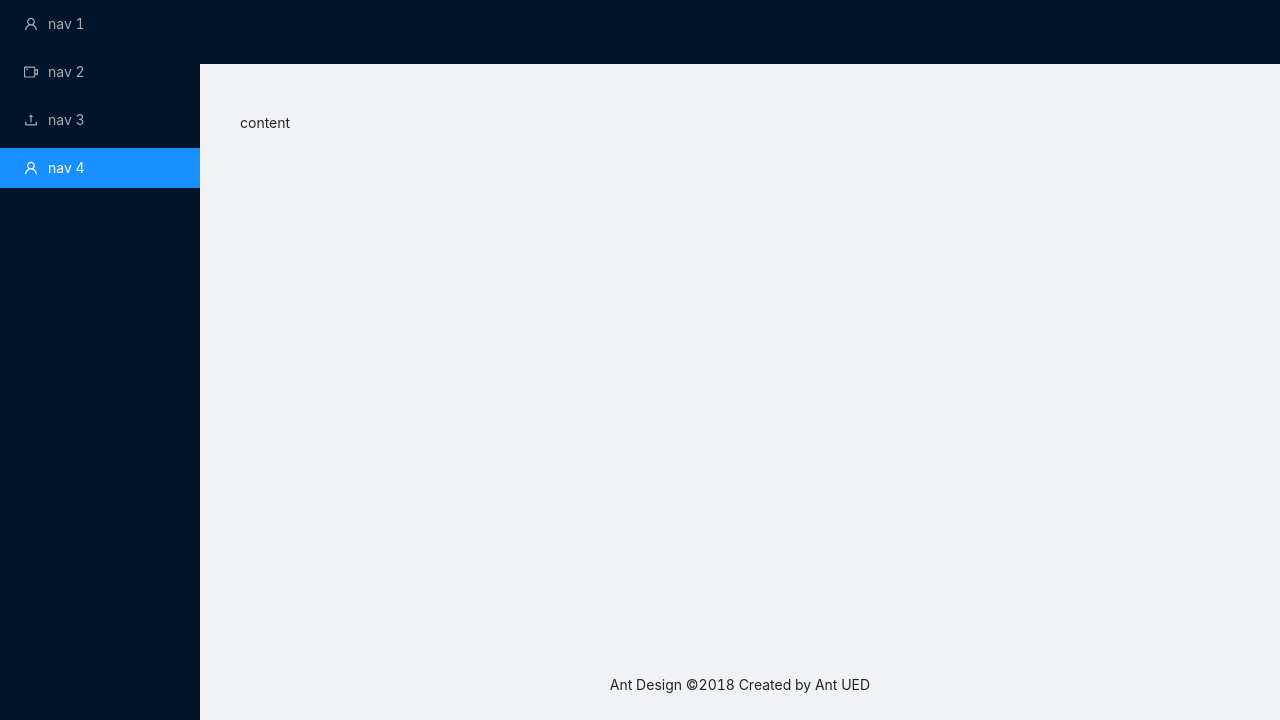
Repository: yangddoddi/community_react
Page: /
These files come from the project's save history. The page is drawn as it stood at one moment and after the next save; the edit follows.
The browser window is 1280 px wide. The pictures show the whole page.
The project was rebuilt for these pictures with package versions that can differ from the ones it lists, and the page was loaded fresh each time.

Above is the page before, as saved 2022-08-17 02:32:47.

After the next save:
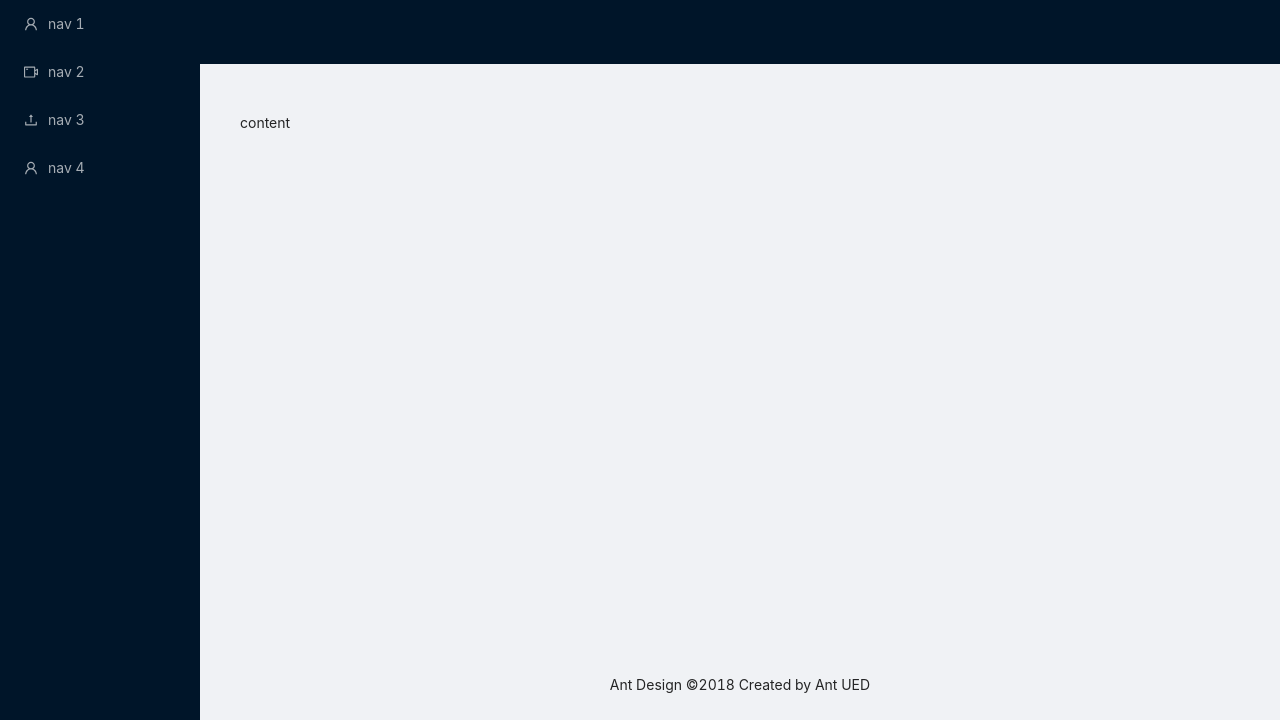
Saved 17 s later.
--- a/src/App.js
+++ b/src/App.js
@@ -47,7 +47,7 @@ const App = () => {
             UploadOutlined,
             UserOutlined,
           ].map((icon, index) => ({
-            key: String(index + 1),
+            key: String(items + 1),
             icon: React.createElement(icon),
             label: `nav ${index + 1}`,
           }))}
